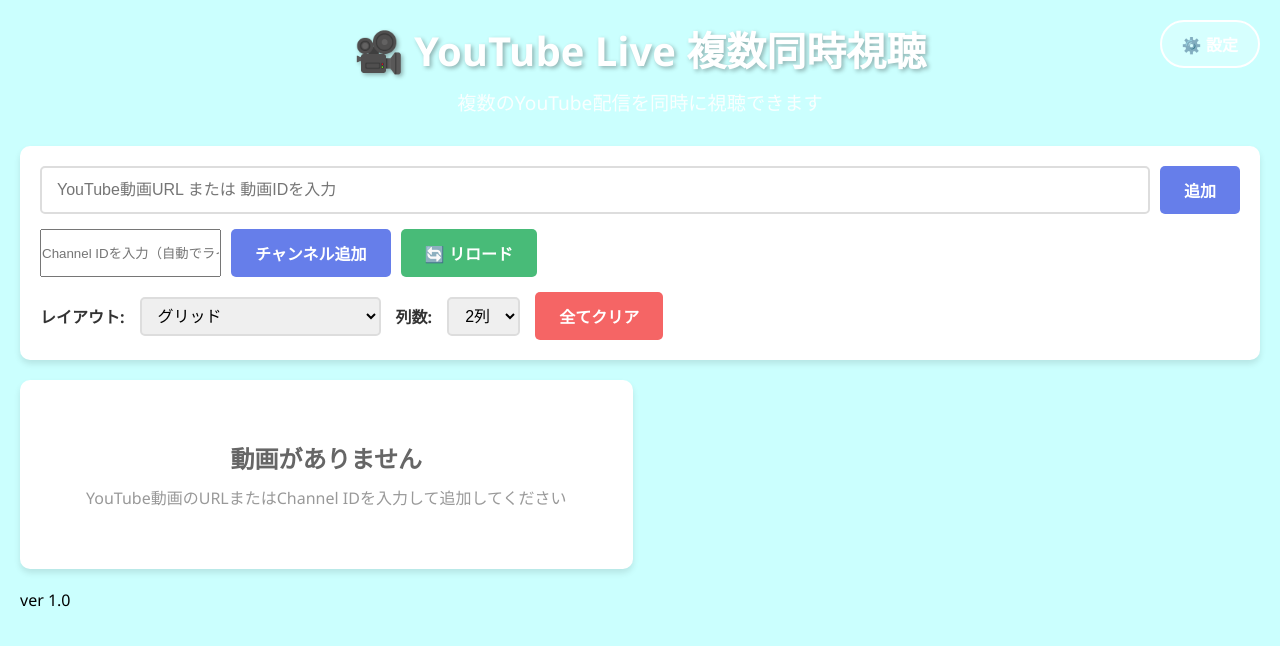
Repository: ChihaluCoding/YouTube_Live
Page: index.html
The author's editor kept a copy of each file at every save. The page is drawn from the files as they stood at one save, then again after the next save.
The browser window is 1280 px wide. The pictures show the whole page.

Above is the page before, as saved 2025-10-10 11:16:06.

After the next save:
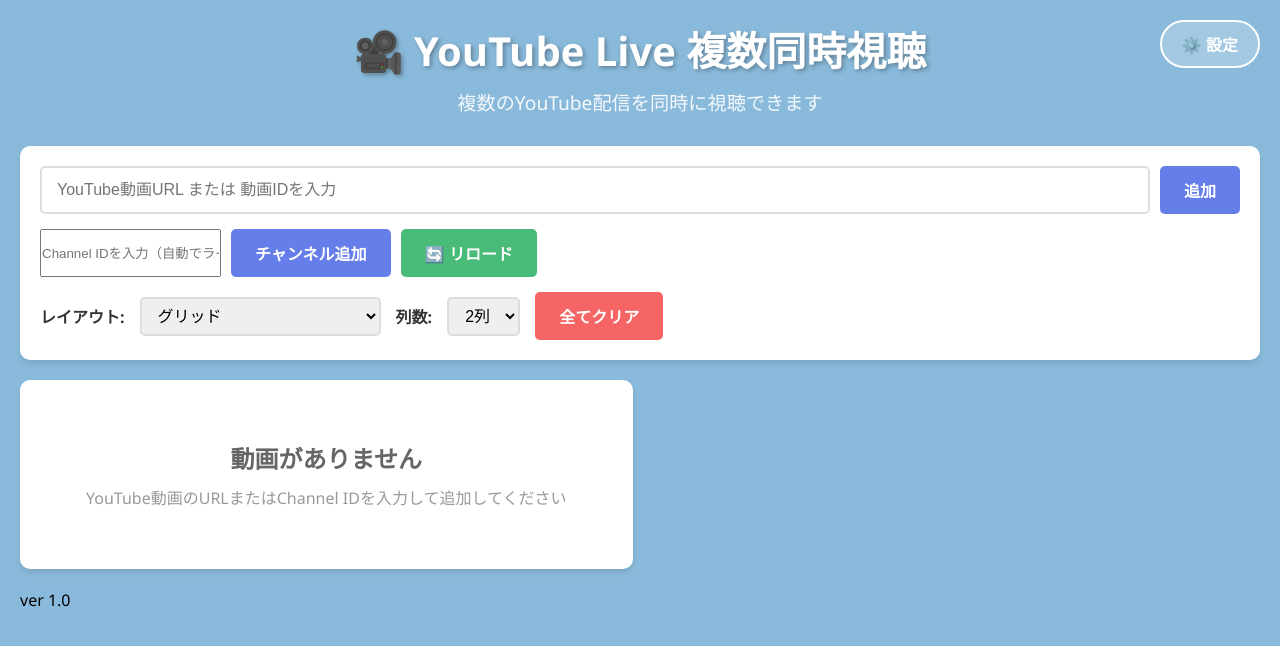
Saved 8 s later.
--- a/styles.css
+++ b/styles.css
@@ -6,7 +6,7 @@
 
 body {
     font-family: 'Segoe UI', Tahoma, Geneva, Verdana, sans-serif;
-    background-color: #cbfffe;
+    background-color: #8abadb;
     min-height: 100vh;
     padding: 20px;
 }
